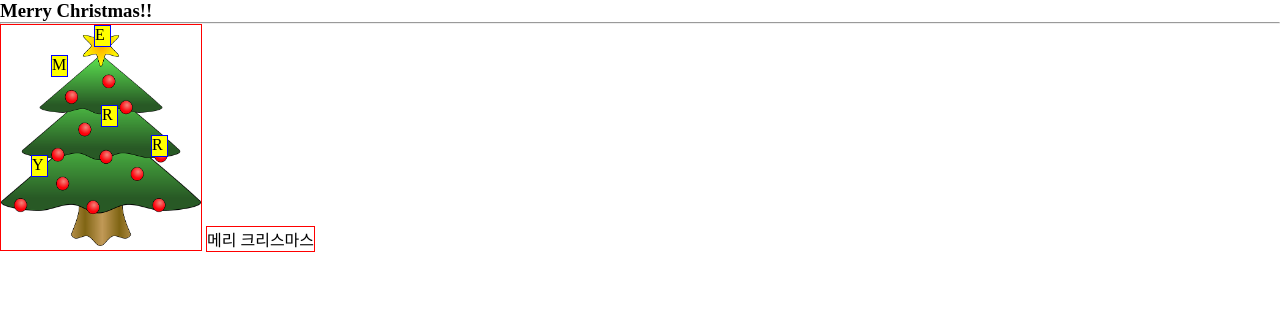
Repository: codelily98/Web
Page: CSS3/src/main/webapp/05_cssPositioning/exam06.html
An editor plug-in stored every save of this project. The page is shown before and after the next save, followed by the edit.
The browser window is 1280 px wide. The pictures show the whole page.

Above is the page before, as saved 2024-08-12 07:35:06.

After the next save:
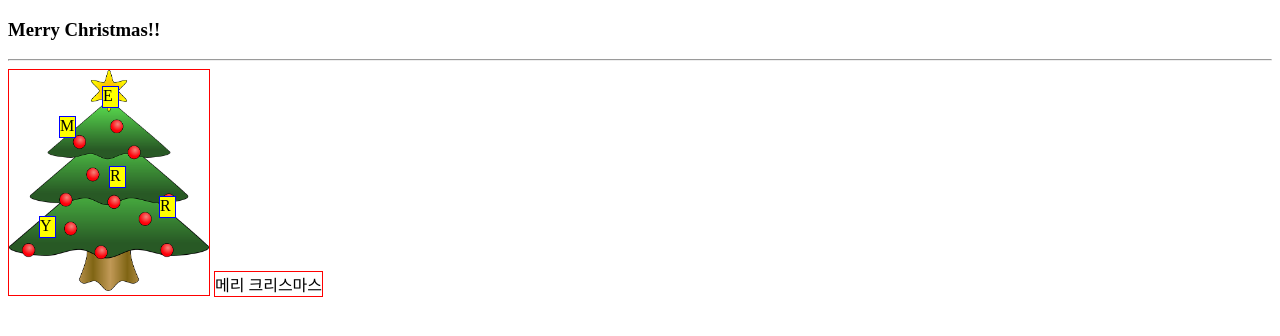
Saved 28 s later.
--- a/CSS3/src/main/webapp/05_cssPositioning/exam06.html
+++ b/CSS3/src/main/webapp/05_cssPositioning/exam06.html
@@ -4,10 +4,6 @@
 <meta charset="UTF-8">
 <title>position</title>
 <style type="text/css">
-* {
-	margin: 0;
-	padding: 0;
-}
 div {
 	border: 1px solid red;
 	display: inline-block;
